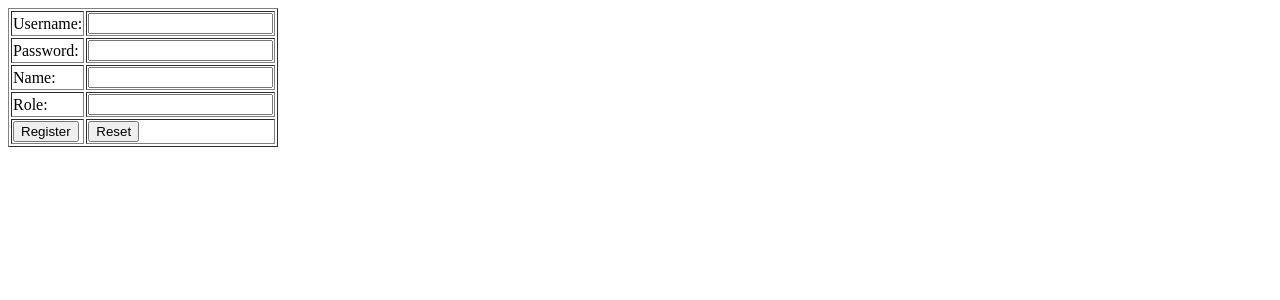
Repository: folasm87/eclipse_workspace
Page: http://localhost/J-Project/register.jsp
These files come from the project's save history. The page is drawn as it stood at one moment and after the next save; the edit follows.
The browser window is 1280 px wide. The pictures show the whole page.
The page is served by Tomcat 9. Other server files are loaded and not shown.

Above is the page before, as saved 2014-08-20 19:19:32.

### eHRMS_Project/J-Project/WebContent/register.jsp
<%@ page language="java" contentType="text/html; charset=ISO-8859-1"
    pageEncoding="ISO-8859-1"%>
<%@ taglib uri="http://struts.apache.org/tags-html" prefix="html" %>
<!DOCTYPE html PUBLIC "-//W3C//DTD HTML 4.01 Transitional//EN" "http://www.w3.org/TR/html4/loose.dtd">
<html>
<head>
<meta http-equiv="Content-Type" content="text/html; charset=ISO-8859-1">
<title>Welcome to the register page</title>
</head>
<body>
	<html:errors />
	<form action="register.do" method="POST">
		<table border="1">
			<tr>
				<td>Username:</td>
				<td><input type="text" name="username"></td>
			</tr>
			<tr>
				<td>Password:</td>
				<td><input type="password" name="password"></td>
			</tr>
			<tr>
				<td>Name:</td>
				<td><input type="text" name="name"></td>
			</tr>
			<tr>
				<td>Role:</td>
				<td><input type="text" name="role"></td>
			</tr>
			<tr>
				<td><input type="submit" value="Register"></td>
				<td><input type="reset" name="Clear"></td>
			</tr>
		</table>
	</form>
	<!--
		Create a register(that is already created) that will redirect to login.jsp
		and System.out the information (4 things) entered by the user using Struts.


		Homework:

		Validate the register.jsp file and make all the fields required
		1. RegisterForm.java
		2. MessageResources.properties
		3. register.jsp
		4. struts-config.xml


	 -->
</body>
</html>

After the next save:
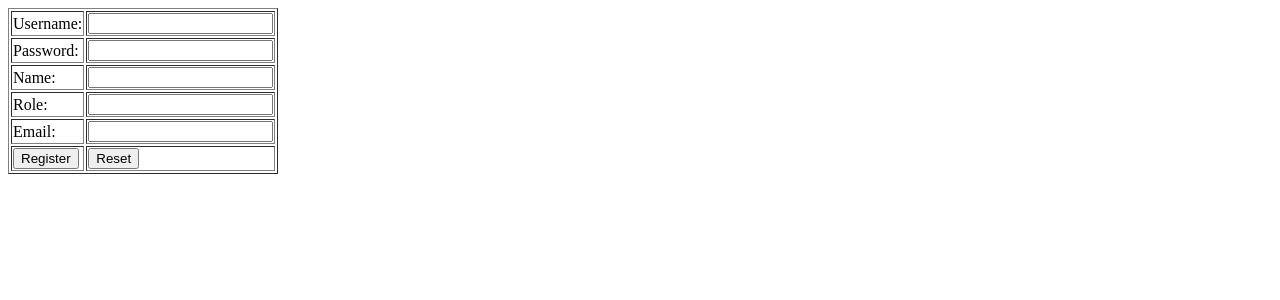
Saved 26 s later.
--- a/eHRMS_Project/J-Project/WebContent/register.jsp
+++ b/eHRMS_Project/J-Project/WebContent/register.jsp
@@ -28,6 +28,10 @@
 				<td><input type="text" name="role"></td>
 			</tr>
 			<tr>
+				<td>Email:</td>
+				<td><input type="text" name="email"></td>
+			</tr>
+			<tr>
 				<td><input type="submit" value="Register"></td>
 				<td><input type="reset" name="Clear"></td>
 			</tr>
